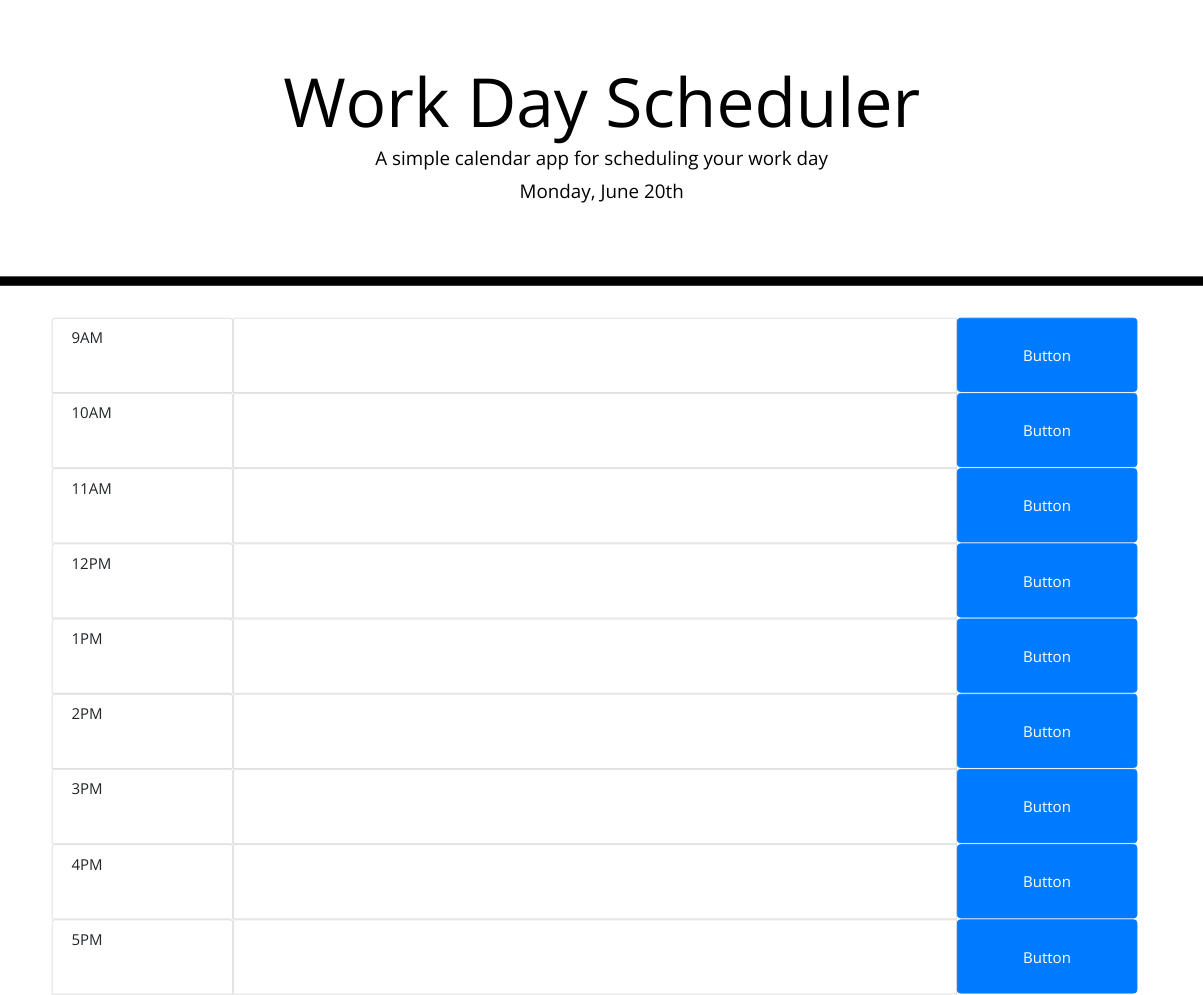
Repository: dtierney21/work-day-scheduler
Page: index.html
These files come from the project's save history. The page is drawn as it stood at one moment and after the next save; the edit follows.
The browser window is 1280 px wide. The pictures show the whole page, at 94% of full size.
Some web libraries are served in a nearby version.

Above is the page before, as saved 2022-06-28 12:13:59.

### index.html
<!DOCTYPE html>
<html lang="en">
  <head>
    <meta charset="UTF-8" />
    <meta name="viewport" content="width=device-width, initial-scale=1.0" />
    <meta http-equiv="X-UA-Compatible" content="ie=edge" />
    <link
      rel="stylesheet"
      href="https://stackpath.bootstrapcdn.com/bootstrap/4.3.1/css/bootstrap.min.css"
    />
    <link
      rel="stylesheet"
      href="https://use.fontawesome.com/releases/v5.8.1/css/all.css"
      integrity="sha384-50oBUHEmvpQ+1lW4y57PTFmhCaXp0ML5d60M1M7uH2+nqUivzIebhndOJK28anvf"
      crossorigin="anonymous"
    />
    <link
      href="https://fonts.googleapis.com/css?family=Open+Sans&display=swap"
      rel="stylesheet"
    />
    <link rel="stylesheet" href="./assets/css/style.css" />
    <title>Work Day Scheduler</title>
  </head>

  <body>
    <header class="jumbotron">
      <h1 class="display-3">Work Day Scheduler</h1>
      <p class="lead">A simple calendar app for scheduling your work day</p>
      <p id="currentDay" class="lead"></p>
    </header>
    <section class="container">
        <div class="row">
      <!-- Timeblocks go here -->
            <ul class="list-group col-12">
                <div class="row">
                    <li class="list-group-item col-2">9AM</li>
                    <li class="list-group-item col-8"></li>
                    <button class="btn btn-primary col-2" type="submit">Button</button>
                </div>
                <div class="row">
                    <li class="list-group-item col-2">10AM</li>
                    <li class="list-group-item col-8"></li>
                    <button class="btn btn-primary col-2" type="submit">Button</button>
                </div>
                <div class="row">
                    <li class="list-group-item col-2">11AM</li>
                    <li class="list-group-item col-8"></li>
                    <button class="btn btn-primary col-2" type="submit">Button</button>
                </div>
                <div class="row">
                    <li class="list-group-item col-2">12PM</li>
                    <li class="list-group-item col-8"></li>
                    <button class="btn btn-primary col-2" type="submit">Button</button>
                </div>
                <div class="row">
                    <li class="list-group-item col-2">1PM</li>
                    <li class="list-group-item col-8"></li>
                    <button class="btn btn-primary col-2" type="submit">Button</button>
                </div>
                <div class="row">
                    <li class="list-group-item col-2">2PM</li>
                    <li class="list-group-item col-8"></li>
                    <button class="btn btn-primary col-2" type="submit">Button</button>
                </div>
                <div class="row">
                    <li class="list-group-item col-2">3PM</li>
                    <li class="list-group-item col-8"></li>
                    <button class="btn btn-primary col-2" type="submit">Button</button>
                </div>
                <div class="row">
                    <li class="list-group-item col-2">4PM</li>
                    <li class="list-group-item col-8"></li>
                    <button class="btn btn-primary col-2" type="submit">Button</button>
                </div>
                <div class="row">
                    <li class="list-group-item col-2">5PM</li>
                    <li class="list-group-item col-8"></li>
                    <button class="btn btn-primary col-2" type="submit">Button</button>
                </div>
            </ul>
        </div>
    </section>

    <script src="https://cdnjs.cloudflare.com/ajax/libs/jquery/3.5.1/jquery.min.js"></script>
    <script src="https://cdnjs.cloudflare.com/ajax/libs/moment.js/2.24.0/moment.min.js"></script>
    <script src="./assets/js/script.js"></script>
  </body>
</html>

### assets/css/style.css
body {
  font-family: 'Open Sans', sans-serif;
  font-size: 16px;
  line-height: 1;
}

textarea {
  background: transparent;
  border: none;
  resize: none;
  color: #000000;
  border-left: 1px solid black;
  padding: 10px;
}

.jumbotron {
  text-align: center;
  background-color: transparent;
  color: black;
  border-radius: 0;
  border-bottom: 10px solid black;
}

.description {
  white-space: pre-wrap;
}

.time-block {
  text-align: center;
  border-radius: 15px;
}

.row {
  white-space: pre-wrap;
  height: 80px;
  border-top: 1px solid white;
}

.hour {
  background-color: #ffffff;
  color: #000000;
  border-top: 1px dashed #000000;
}

.past {
  background-color: #d3d3d3;
  color: white;
}

.present {
  background-color: #ff6961;
  color: white;
}

.future {
  background-color: #77dd77;
  color: white;
}

.saveBtn {
  border-left: 1px solid black;
  border-top-right-radius: 15px;
  border-bottom-right-radius: 15px;
  background-color: #06aed5;
  color: white;
}

.saveBtn i:hover {
  font-size: 20px;
  transition: all 0.3s ease-in-out;
}

### assets/js/script.js
var now = moment();
console.log(now);

var currentDayEl = $('#currentDay');
var today = moment().format('dddd, MMMM Do');


currentDayEl.text(today);

After the next save:
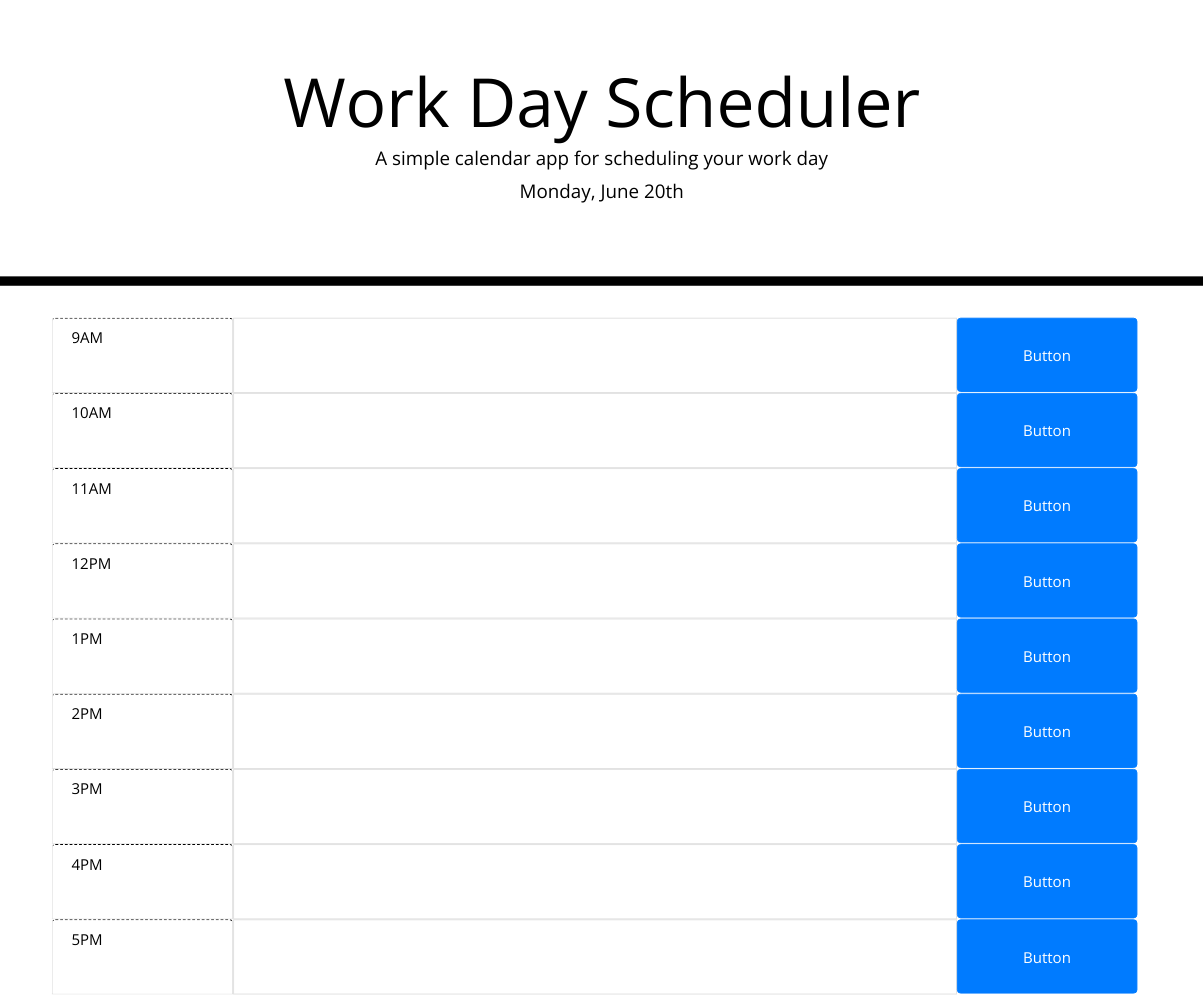
Saved 88 s later.
--- a/index.html
+++ b/index.html
@@ -33,47 +33,47 @@
       <!-- Timeblocks go here -->
             <ul class="list-group col-12">
                 <div class="row">
-                    <li class="list-group-item col-2">9AM</li>
+                    <li class="list-group-item hour col-2">9AM</li>
                     <li class="list-group-item col-8"></li>
                     <button class="btn btn-primary col-2" type="submit">Button</button>
                 </div>
                 <div class="row">
-                    <li class="list-group-item col-2">10AM</li>
+                    <li class="list-group-item hour col-2">10AM</li>
                     <li class="list-group-item col-8"></li>
                     <button class="btn btn-primary col-2" type="submit">Button</button>
                 </div>
                 <div class="row">
-                    <li class="list-group-item col-2">11AM</li>
+                    <li class="list-group-item hour col-2">11AM</li>
                     <li class="list-group-item col-8"></li>
                     <button class="btn btn-primary col-2" type="submit">Button</button>
                 </div>
                 <div class="row">
-                    <li class="list-group-item col-2">12PM</li>
+                    <li class="list-group-item hour col-2">12PM</li>
                     <li class="list-group-item col-8"></li>
                     <button class="btn btn-primary col-2" type="submit">Button</button>
                 </div>
                 <div class="row">
-                    <li class="list-group-item col-2">1PM</li>
+                    <li class="list-group-item hour col-2">1PM</li>
                     <li class="list-group-item col-8"></li>
                     <button class="btn btn-primary col-2" type="submit">Button</button>
                 </div>
                 <div class="row">
-                    <li class="list-group-item col-2">2PM</li>
+                    <li class="list-group-item hour col-2">2PM</li>
                     <li class="list-group-item col-8"></li>
                     <button class="btn btn-primary col-2" type="submit">Button</button>
                 </div>
                 <div class="row">
-                    <li class="list-group-item col-2">3PM</li>
+                    <li class="list-group-item hour col-2">3PM</li>
                     <li class="list-group-item col-8"></li>
                     <button class="btn btn-primary col-2" type="submit">Button</button>
                 </div>
                 <div class="row">
-                    <li class="list-group-item col-2">4PM</li>
+                    <li class="list-group-item hour col-2">4PM</li>
                     <li class="list-group-item col-8"></li>
                     <button class="btn btn-primary col-2" type="submit">Button</button>
                 </div>
                 <div class="row">
-                    <li class="list-group-item col-2">5PM</li>
+                    <li class="list-group-item hour col-2">5PM</li>
                     <li class="list-group-item col-8"></li>
                     <button class="btn btn-primary col-2" type="submit">Button</button>
                 </div>
